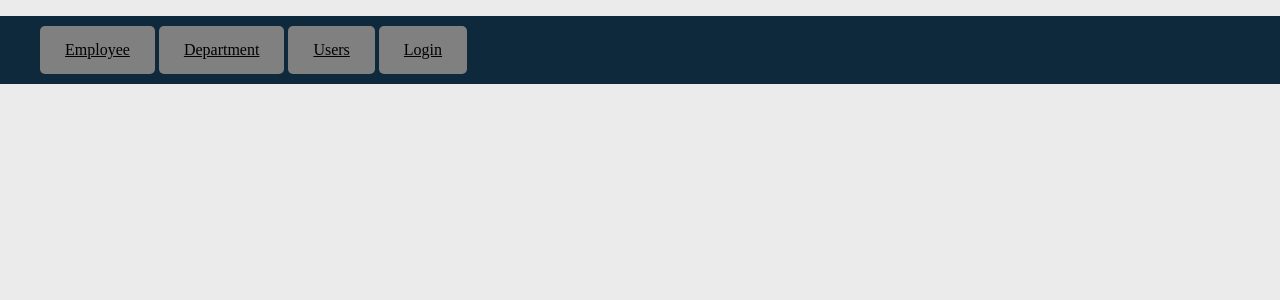
Repository: avsuhas/Java-Project
Page: Employee Project/WebContent/html/button.html
These files come from the project's save history. The page is drawn as it stood at one moment and after the next save; the edit follows.
The browser window is 1280 px wide. The pictures show the whole page.

Above is the page before, as saved 2017-05-24 21:46:32.

After the next save:
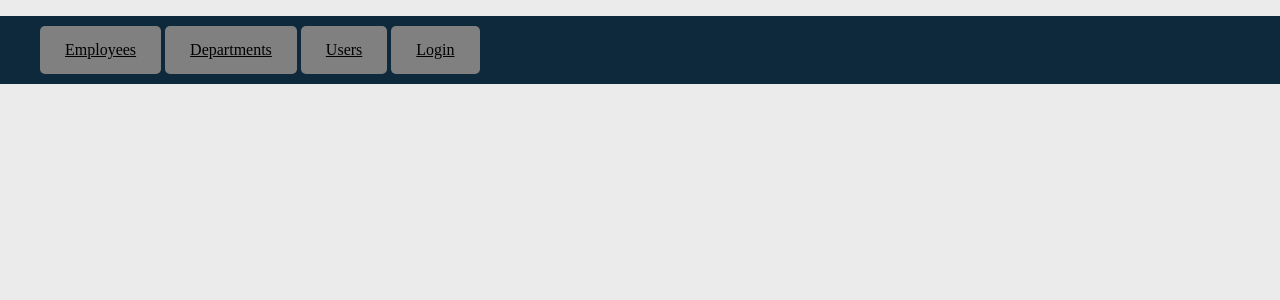
Saved 77 s later.
--- a/Employee Project/WebContent/html/button.html
+++ b/Employee Project/WebContent/html/button.html
@@ -36,9 +36,9 @@
 <body>
 	<div class="ulTag">
 	<ul>
-		<li class="liTag"> <a href="../jsp/employees.jsp" style="color:black;">Employee</a></li>
+		<li class="liTag"> <a href="../jsp/employees.jsp" style="color:black;">Employees</a></li>
 
-		<li class="liTag"><a href="../jsp/departments.jsp" style="color:black;">Department</a></li>
+		<li class="liTag"><a href="../jsp/departments.jsp" style="color:black;">Departments</a></li>
 		<li class="liTag"><a href="#" style="color:black;">Users</a></li>
 		<li class="liTag"><a href="welcomePage.html" style="color:black;">Login</a></li>
 	</ul>
